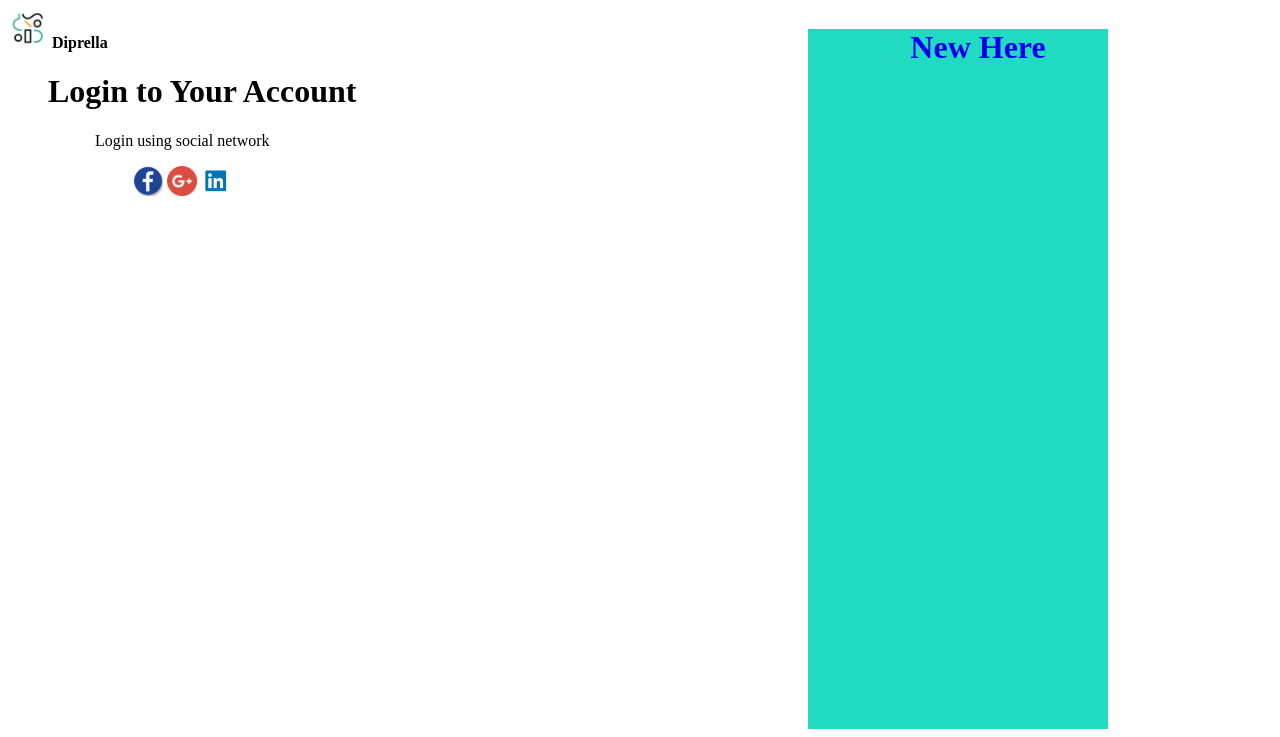
Repository: Tobby004/bdc-assignment-3
Page: task.html
These files come from the project's save history. The page is drawn as it stood at one moment and after the next save; the edit follows.
The browser window is 1280 px wide. The pictures show the whole page.

Above is the page before, as saved 2023-02-21 09:41:41.

After the next save:
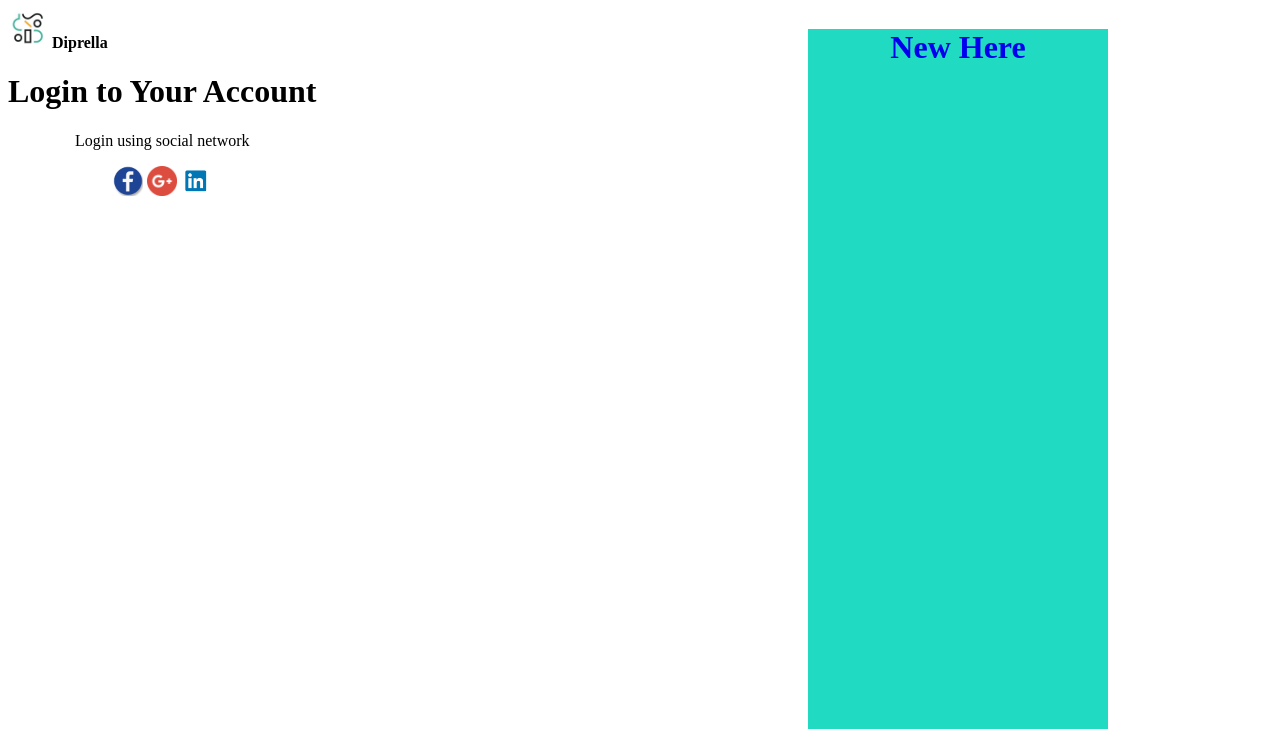
Saved 39 s later.
--- a/task.css
+++ b/task.css
@@ -18,7 +18,8 @@
     width: 300px;
 }
 h1{
-    margin-left: 40px;
+    margin-left: auto;
+    margin-right: auto;
     text-align: center;
 
 }
